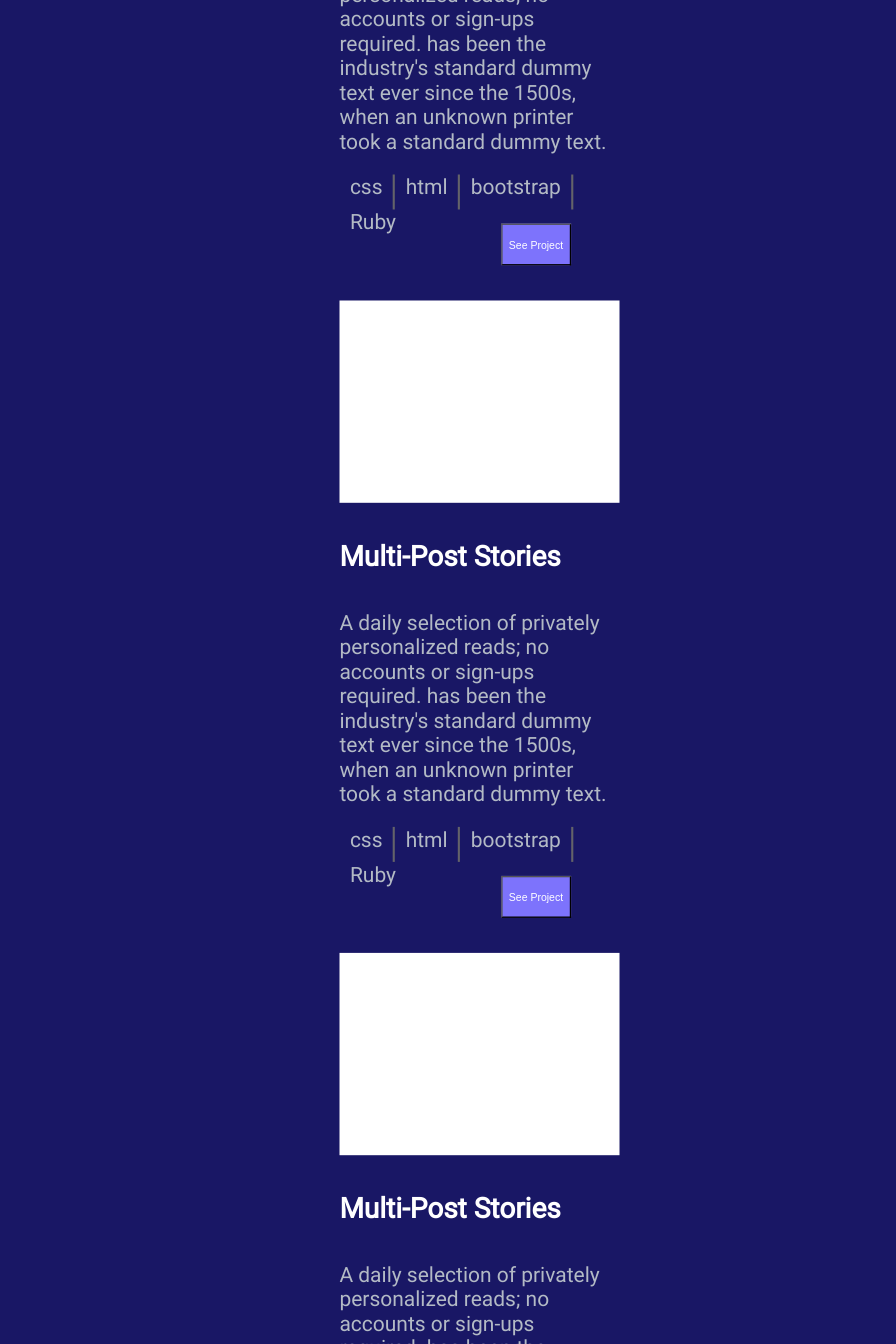
Repository: mustabbas/Portfolio
Page: index.html
An editor plug-in stored every save of this project. The page is shown before and after the next save, followed by the edit.
The browser window is 1280 px wide. The pictures show the part of the page from y = 1715 to 3635 px (the page is 5808 px tall), at 70% of full size.

Above is the page before, as saved 2021-08-16 19:19:40.

After the next save:
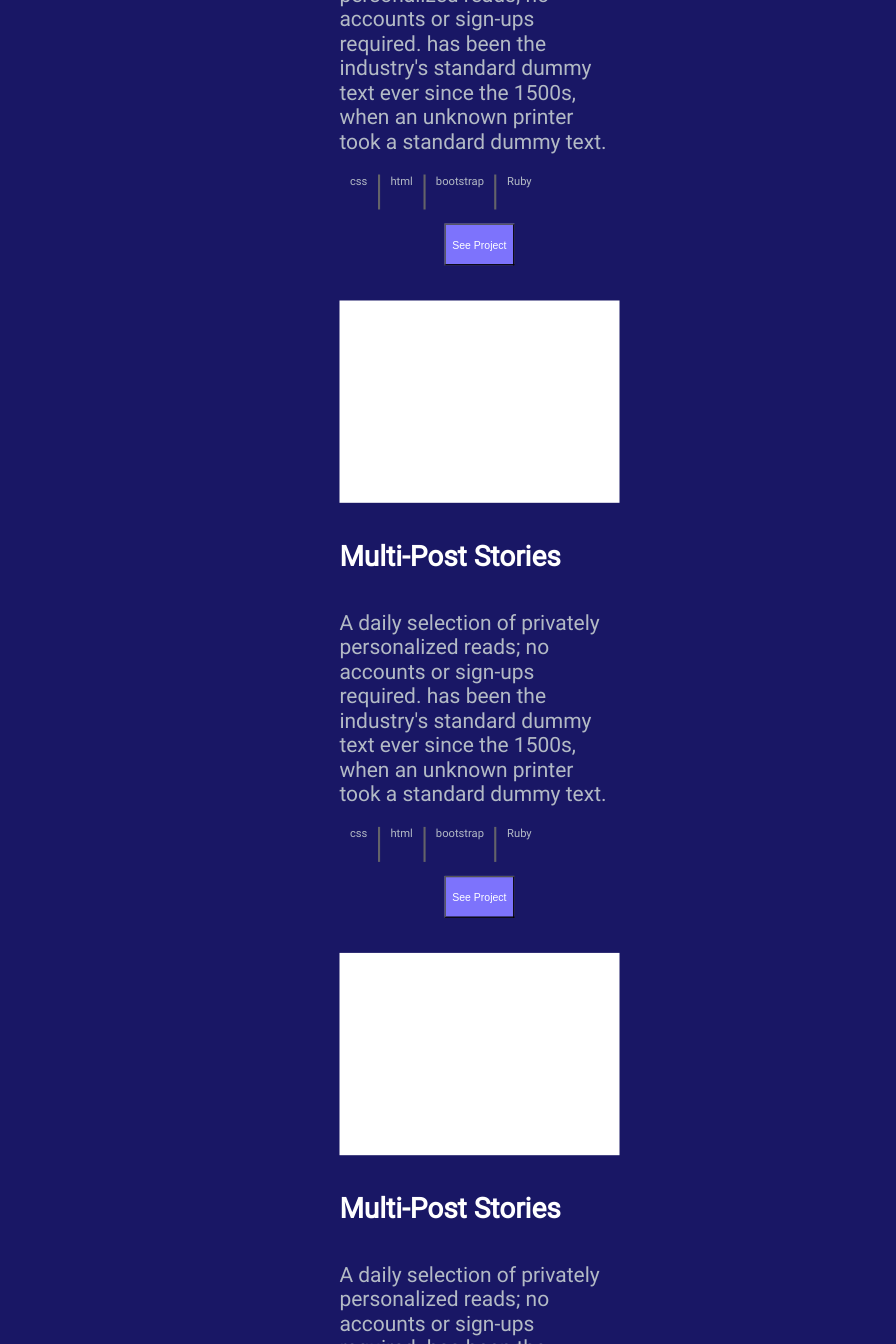
Saved 63 s later.
--- a/style.css
+++ b/style.css
@@ -226,7 +226,7 @@ h3 {
 .card-body ul {
   /* display: flex;
   justify-content: space-around; */
-  font-size: 30px;
+  /* font-size: 30px; */
   /* text-align: left; */
 }
 
